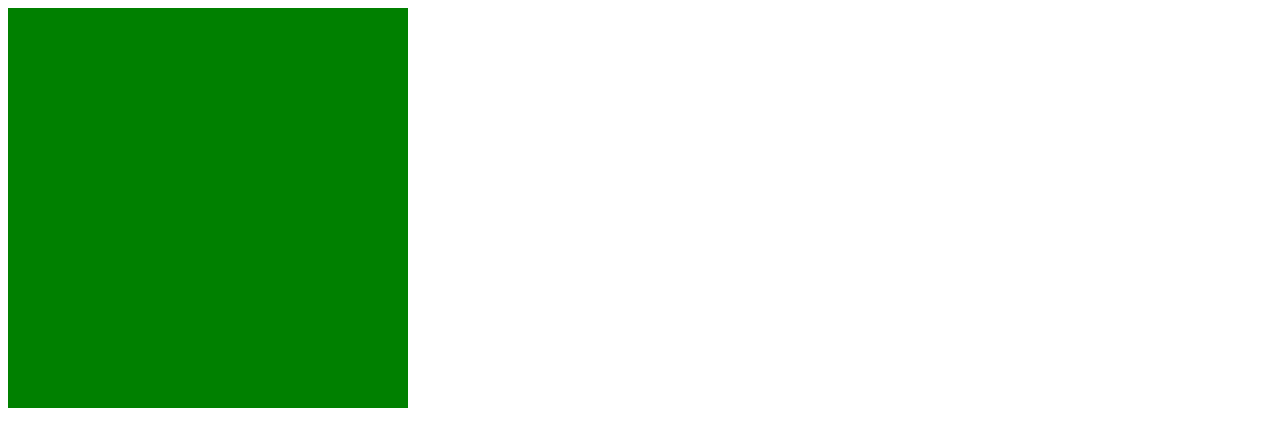
Repository: 123648923/html5-css3
Page: css/15 盒子模型/16 布局小技巧.html
These files come from the project's save history. The page is drawn as it stood at one moment and after the next save; the edit follows.
The browser window is 1280 px wide. The pictures show the whole page.

Above is the page before, as saved 2023-11-07 14:14:48.

After the next save:
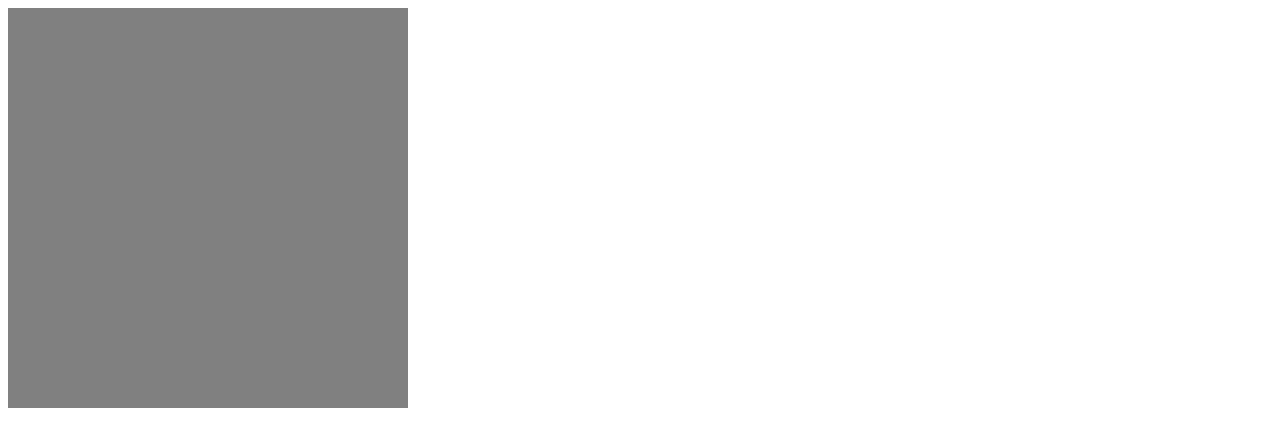
Saved 7 s later.
--- a/css/15 盒子模型/16 布局小技巧.html
+++ b/css/15 盒子模型/16 布局小技巧.html
@@ -8,7 +8,7 @@
         .outer {
             width: 400px;
             height: 400px;
-            background-color: green;
+            background-color: gray;
         }
     </style>
 </head>
